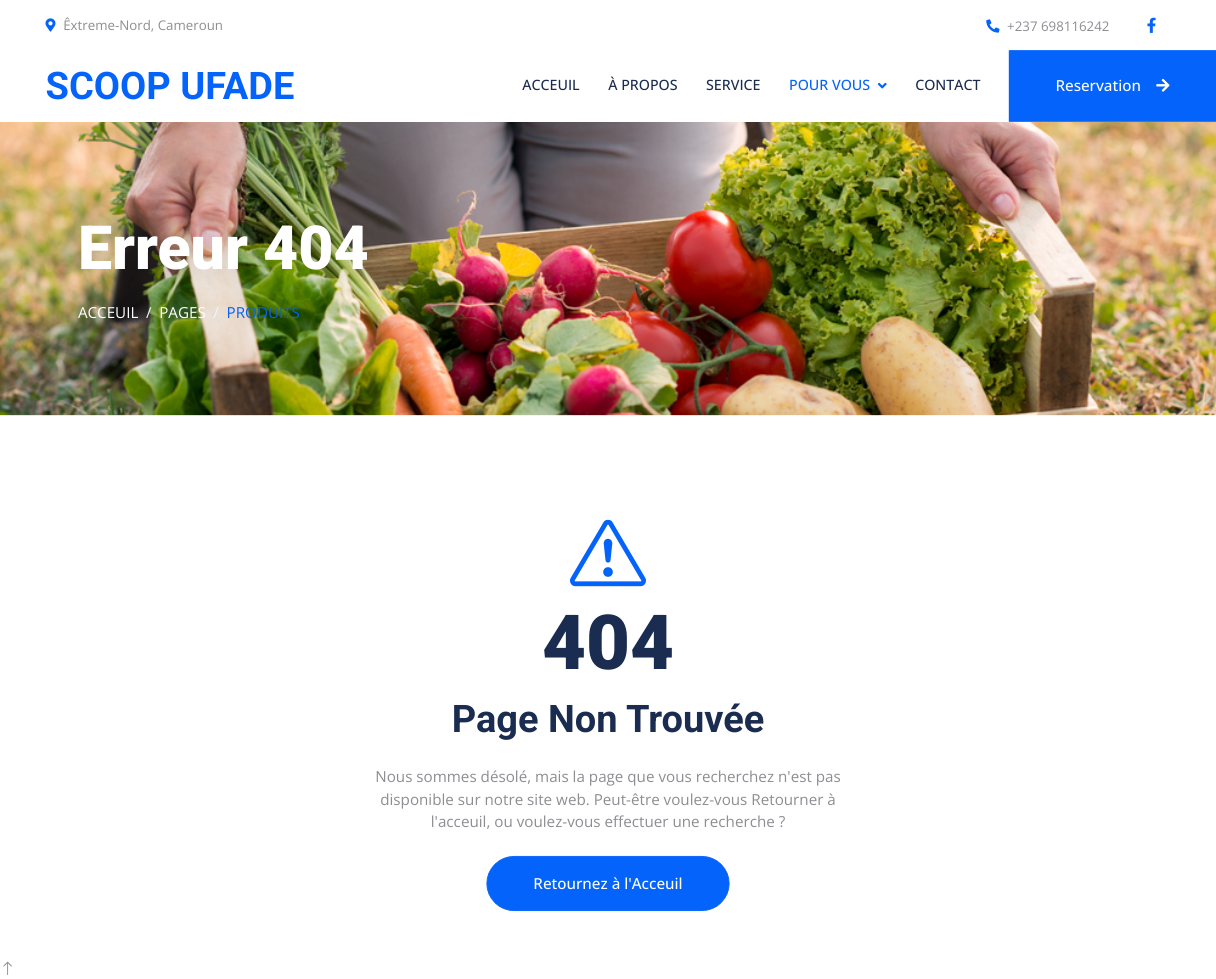
Repository: ryantido/scoop-ufade
Page: 404.html
The author's editor kept a copy of each file at every save. The page is drawn from the files as they stood at one save, then again after the next save.
The browser window is 1280 px wide. The pictures show the whole page, at 95% of full size.
Some web libraries are served in a nearby version.

Above is the page before, as saved 2025-04-20 11:30:56.

After the next save:
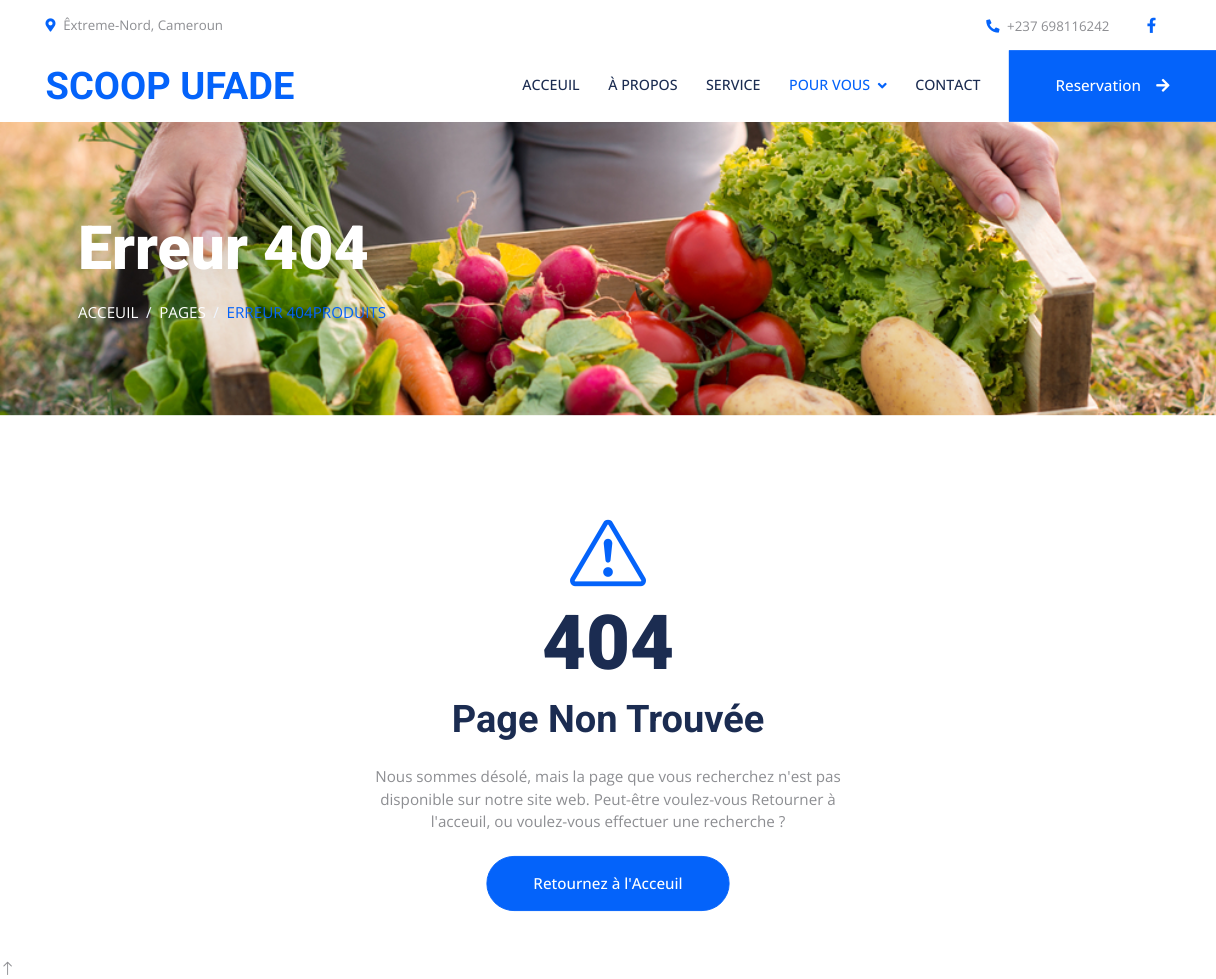
Saved 5 s later.
--- a/404.html
+++ b/404.html
@@ -85,7 +85,7 @@
                 <ol class="breadcrumb text-uppercase mb-0">
                     <li class="breadcrumb-item"><a class="text-white" href="index.html">Acceuil</a></li>
                     <li class="breadcrumb-item"><a class="text-white" href="#">Pages</a></li>
-                    <li class="breadcrumb-item text-primary active" aria-current="page"><!--Erreur 404-->Produits</li>
+                    <li class="breadcrumb-item text-primary active" aria-current="page">Erreur 404Produits</li>
                 </ol>
             </nav>
         </div>
